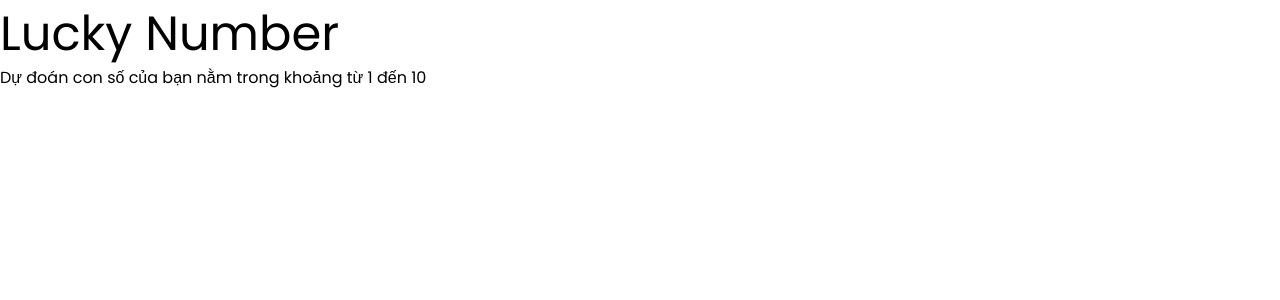
Repository: whis16720/PhuNguyen-C4EJS-D15
Page: index.html
An editor plug-in stored every save of this project. The page is shown before and after a run of saves, followed by the edit.
The browser window is 1280 px wide. The pictures show the whole page.
The style sheet was rebuilt from its Sass, Less or Tailwind sources for each picture, by a compiler version that may differ from the author's.

Above is the page before, as saved 2020-09-22 19:26:51.

### index.html
<!DOCTYPE html>
<html lang="en">
<head>
	<meta charset="UTF-8">
	<meta name="viewport" content="width=device-width, initial-scale=1.0">
	<title>Document</title>
	<link rel="stylesheet" href="style.css">
	<link rel="stylesheet" href="reset.css">
	<link href="https://fonts.googleapis.com/css2?family=Poppins:wght@200;300;400;600;700&display=swap" rel="stylesheet">
	<script src="index.js"></script>
</head>
<body>
	<div class="game">
		<h1 class="game__name">Lucky Number</h1>
		<p class="game__details">Dự đoán con số của bạn nằm trong khoảng từ 1 đến 10</p>
	</div>
</body>
</html>

### style.scss
html {
	font-size: 62.5%; // 1rem = 10px
}
.game {
	font-family: "Poppins", sans-serif;
	line-height: 1.4;

	&__name {
		font-size: 3rem;
	}
}

Loaded but not shown: reset.css (common file); index.js (no copy from this time; the picture is the same without it)

After the next 3 saves:
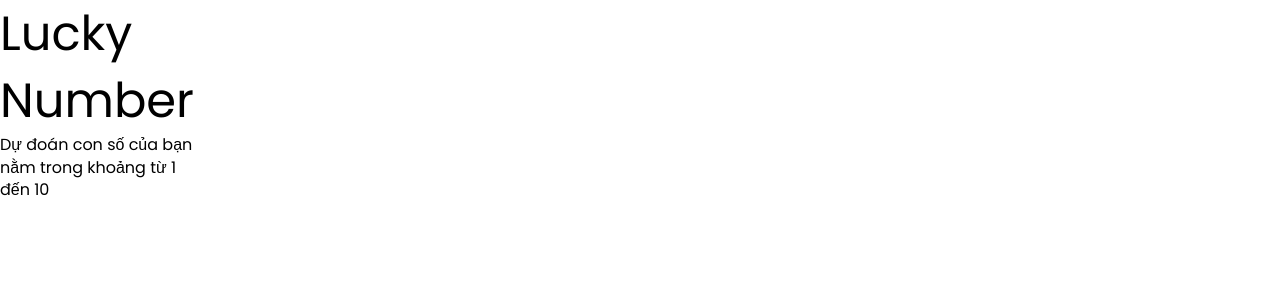
The 3 saves are shown as one change because they came seconds apart.
The last was saved 10 s later.
--- a/style.scss
+++ b/style.scss
@@ -4,7 +4,7 @@
 .game {
 	font-family: "Poppins", sans-serif;
 	line-height: 1.4;
-
+	width: 200px;
 	&__name {
 		font-size: 3rem;
 	}

After the 2 saves that followed:
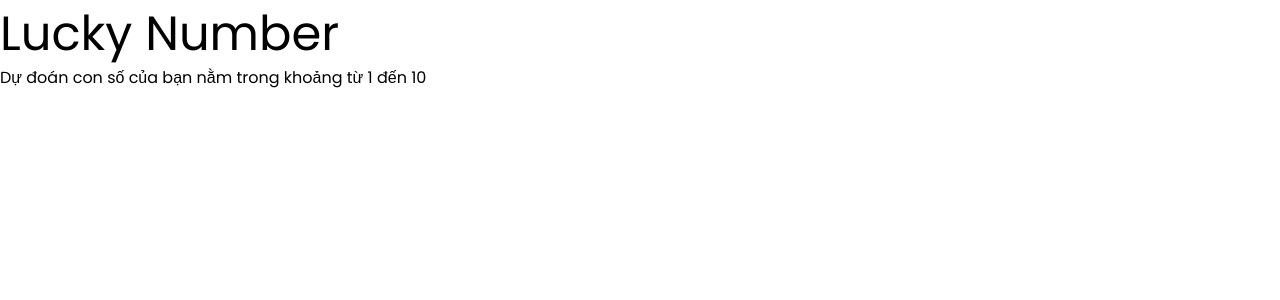
The 2 saves are shown as one change because they came seconds apart.
The last was saved 10 s later.
--- a/style.scss
+++ b/style.scss
@@ -4,7 +4,7 @@
 .game {
 	font-family: "Poppins", sans-serif;
 	line-height: 1.4;
-	width: 200px;
+	width: 400px auto;
 	&__name {
 		font-size: 3rem;
 	}
